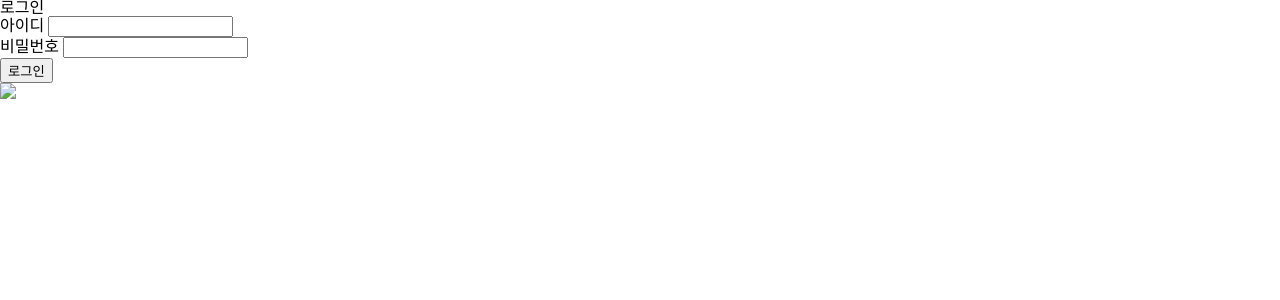
Repository: Choiinhwan11/JAVA
Page: Web/workspace/AJax_jQuery/src/main/webapp/02_xml/exam04.html
These files come from the project's save history. The page is drawn as it stood at one moment and after the next save; the edit follows.
The browser window is 1280 px wide. The pictures show the whole page.

Above is the page before, as saved 2024-02-16 07:53:49.
Not found: Web/workspace/AJax_jQuery/src/main/webapp/img/Loader.gif

After the next save:
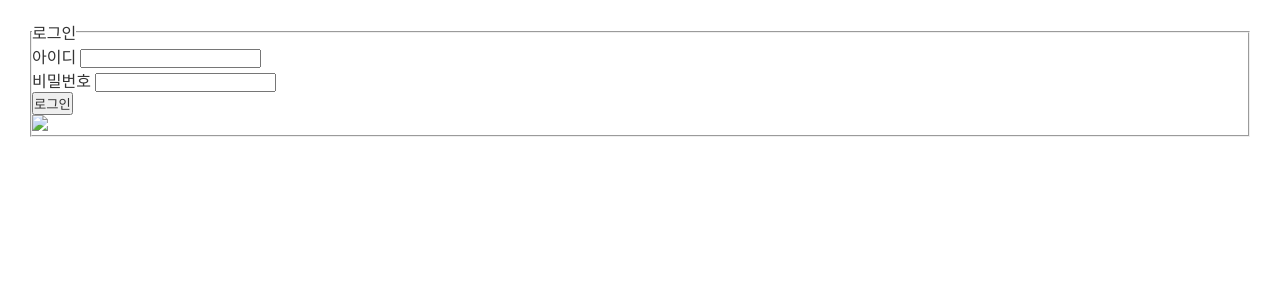
Saved 91 s later.
--- a/Web/workspace/AJax_jQuery/src/main/webapp/02_xml/exam04.html
+++ b/Web/workspace/AJax_jQuery/src/main/webapp/02_xml/exam04.html
@@ -3,8 +3,80 @@
 <head>
 <meta charset="UTF-8">
 <title>Insert title here</title>
-<link rel="stylesheet" href="../css/common.css">
-<link rel="stylesheet" href="../css/reset.css">
+<style>
+* {
+   padding: 0;
+   margin: 0;
+   color: #333;
+}
+
+body {
+   padding: 20px 30px;
+}
+
+#login fieldset {
+   width: 270px;
+   padding: 15px;
+   border: 1px solid #7BAEB5;
+   position: relative;
+}
+
+#login fieldset legend {
+   display: none;
+}
+
+#login label {
+   display: inline-block;
+   width: 80px;
+   font-size: 14px;
+   font-weight: bold;
+   padding-left: 10px;
+   margin-bottom: 10px;
+}
+
+#login input[type='text'], #login input[type='password'] {
+   border: 1px solid #ccc;
+   padding: 3px 10px;
+   width: 150px;
+   vertical-align: middle;
+   font-size: 12px;
+   line-height: 150%;
+}
+
+#login input[type='submit'] {
+   width: 270px;
+   height: 20px;
+}
+
+.active {
+   border: 1px solid #f00 !important;
+   background-color: skyblue;
+}
+
+#login {
+   position: relative;
+}
+
+#login fieldset .loader {
+   position: absolute;
+   left: 0;
+   top: 0;
+   width: 100%;
+   height: 100%;
+   background-color: rgba(0, 0, 0, 0.3);
+   display: none;
+}
+
+#login .loader img {
+   position: absolute;
+   left: 50%;
+   top: 50%;
+   margin-left: -5px;
+   margin-top: -5px;
+}
+
+</style>
+
 </head>
 <body>
 	<form>
